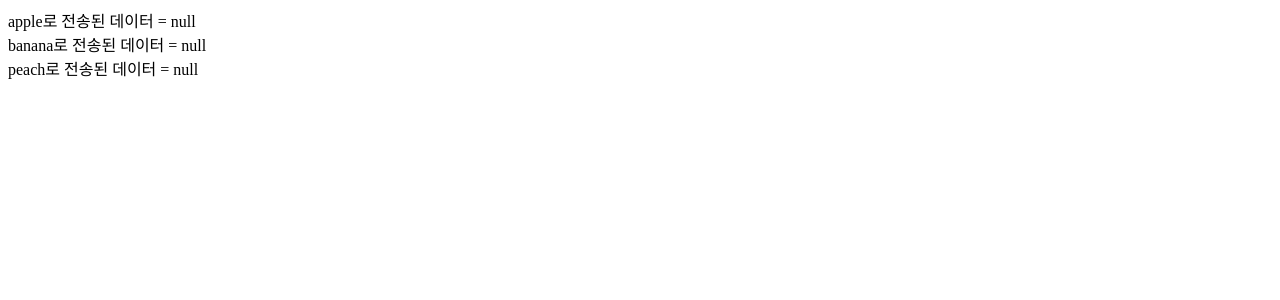
Repository: SimpleRan/jsp_paractice2
Page: http://localhost/JSPBasic/jspobject/request/req_param.jsp
These files come from the project's save history. The page is drawn as it stood at one moment and after a run of saves; the edit follows.
The browser window is 1280 px wide. The pictures show the whole page.
The page is served by Tomcat 9.

Above is the page before, as saved 2022-03-24 12:07:05.

After the next 2 saves:
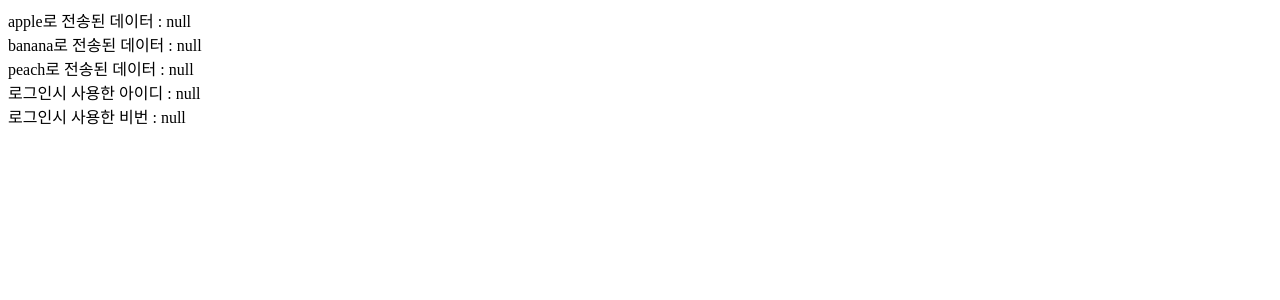
The 2 saves are shown as one change because 1 did not build or start.
The last was saved 5 min 51 s later.
--- a/JSPBasic/src/main/webapp/jspobject/request/req_param.jsp
+++ b/JSPBasic/src/main/webapp/jspobject/request/req_param.jsp
@@ -19,6 +19,8 @@
  	String b = request.getParameter("banana");
  	// 임의로 받아올 수 있는 request.getParameter("변수명")을 작성해주시고 변수 c에 저장한 후 body에 출력해주세요.
  	String c = request.getParameter("peach");
+ 	String id = request.getParameter("id");
+ 	String pw = request.getParameter("pw");
  %>
 <!DOCTYPE html>
 <html>
@@ -27,9 +29,11 @@
 <title>Insert title here</title>
 </head>
 <body>
-	apple로 전송된 데이터 = <%= a %><br>
-	banana로 전송된 데이터 = <%= b %><br>
-	peach로 전송된 데이터 = <%= c %><br>
+	apple로 전송된 데이터 : <%= a %><br>
+	banana로 전송된 데이터 : <%= b %><br>
+	peach로 전송된 데이터 : <%= c %><br>
+	로그인시 사용한 아이디  : <%= id %><br>
+	로그인시 사용한 비번 : <%= pw %><br>
 
 </body>
 </html>
